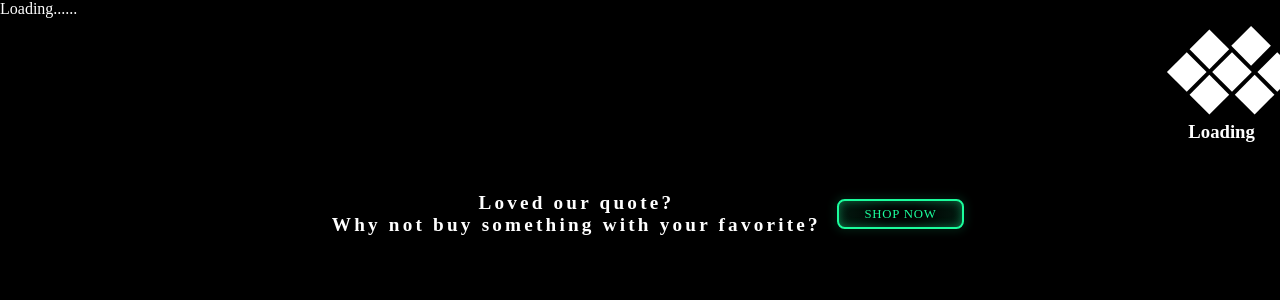
Repository: alanrceratti/motivational
Page: /
An editor plug-in stored every save of this project. The page is shown before and after a run of saves, followed by the edit.
The browser window is 1280 px wide. The pictures show the whole page.
The page's requests for data from a server got no answer. Some web fonts or font styles are not loaded; a fallback is used. The project was rebuilt for these pictures with package versions that can differ from the ones it lists, and the page was loaded fresh each time. No one was signed in, and anything a server would have sent is missing. Also part of the build but not shown: webpack.config.js, src/Options.module.scss, src/Options.js, src/Components/Title.module.scss, src/Components/Title.js, src/Components/Phrase.module.scss, src/Components/Phrase.js.

Above is the page before, as saved 2023-02-06 20:06:51.

After the next 4 saves:
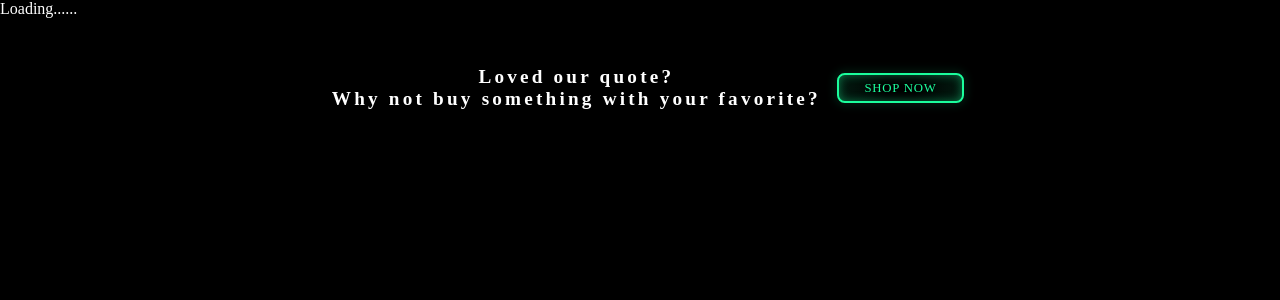
The 4 saves are shown as one change because 1 did not build or start and some came seconds apart.
The last was saved 93 s later.
--- a/src/Components/Loading.js
+++ b/src/Components/Loading.js
@@ -12,16 +12,18 @@
 
 	return (
 		<>
-			<div className="loader">
-				<div className="loader-square"></div>
-				<div className="loader-square"></div>
-				<div className="loader-square"></div>
-				<div className="loader-square"></div>
-				<div className="loader-square"></div>
-				<div className="loader-square"></div>
-				<div className="loader-square"></div>
-				<h1>Loading</h1>
-			</div>
+			{props.loading && (
+				<div className="loader">
+					<div className="loader-square"></div>
+					<div className="loader-square"></div>
+					<div className="loader-square"></div>
+					<div className="loader-square"></div>
+					<div className="loader-square"></div>
+					<div className="loader-square"></div>
+					<div className="loader-square"></div>
+					<h1>Loading</h1>
+				</div>
+			)}
 		</>
 	);
 }

After the 3 saves that followed:
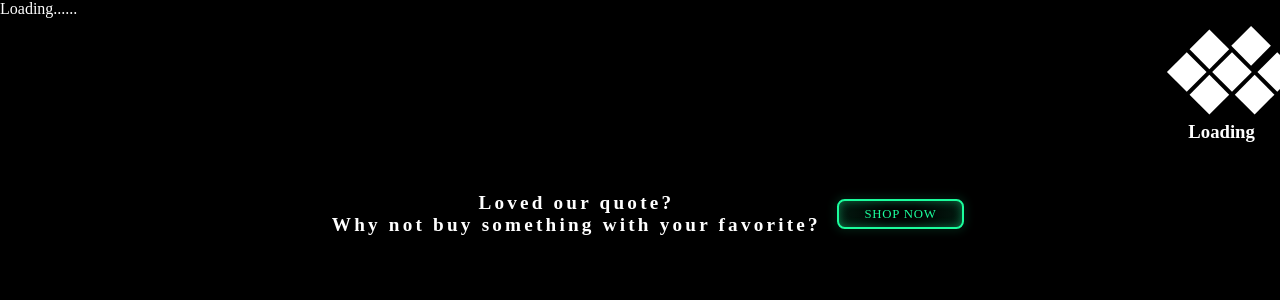
The 3 saves are shown as one change because 1 left the picture as it was and some came seconds apart.
The last was saved 58 s later.
--- a/src/Components/Loading.js
+++ b/src/Components/Loading.js
@@ -1,29 +1,19 @@
-import React, { useState } from "react";
+import React from "react";
 import "./Loading.scss";
 
-function Loading(props) {
-	const [loading, setLoading] = useState(true);
-
-	// use the callback function passed in the props to update the state
-	const updateLoadingState = (state) => {
-		props.setLoadingState(state);
-		setLoading(state);
-	};
-
+function Loading() {
 	return (
 		<>
-			{props.loading && (
-				<div className="loader">
-					<div className="loader-square"></div>
-					<div className="loader-square"></div>
-					<div className="loader-square"></div>
-					<div className="loader-square"></div>
-					<div className="loader-square"></div>
-					<div className="loader-square"></div>
-					<div className="loader-square"></div>
-					<h1>Loading</h1>
-				</div>
-			)}
+			<div className="loader">
+				<div className="loader-square"></div>
+				<div className="loader-square"></div>
+				<div className="loader-square"></div>
+				<div className="loader-square"></div>
+				<div className="loader-square"></div>
+				<div className="loader-square"></div>
+				<div className="loader-square"></div>
+				<h1>Loading</h1>
+			</div>
 		</>
 	);
 }
